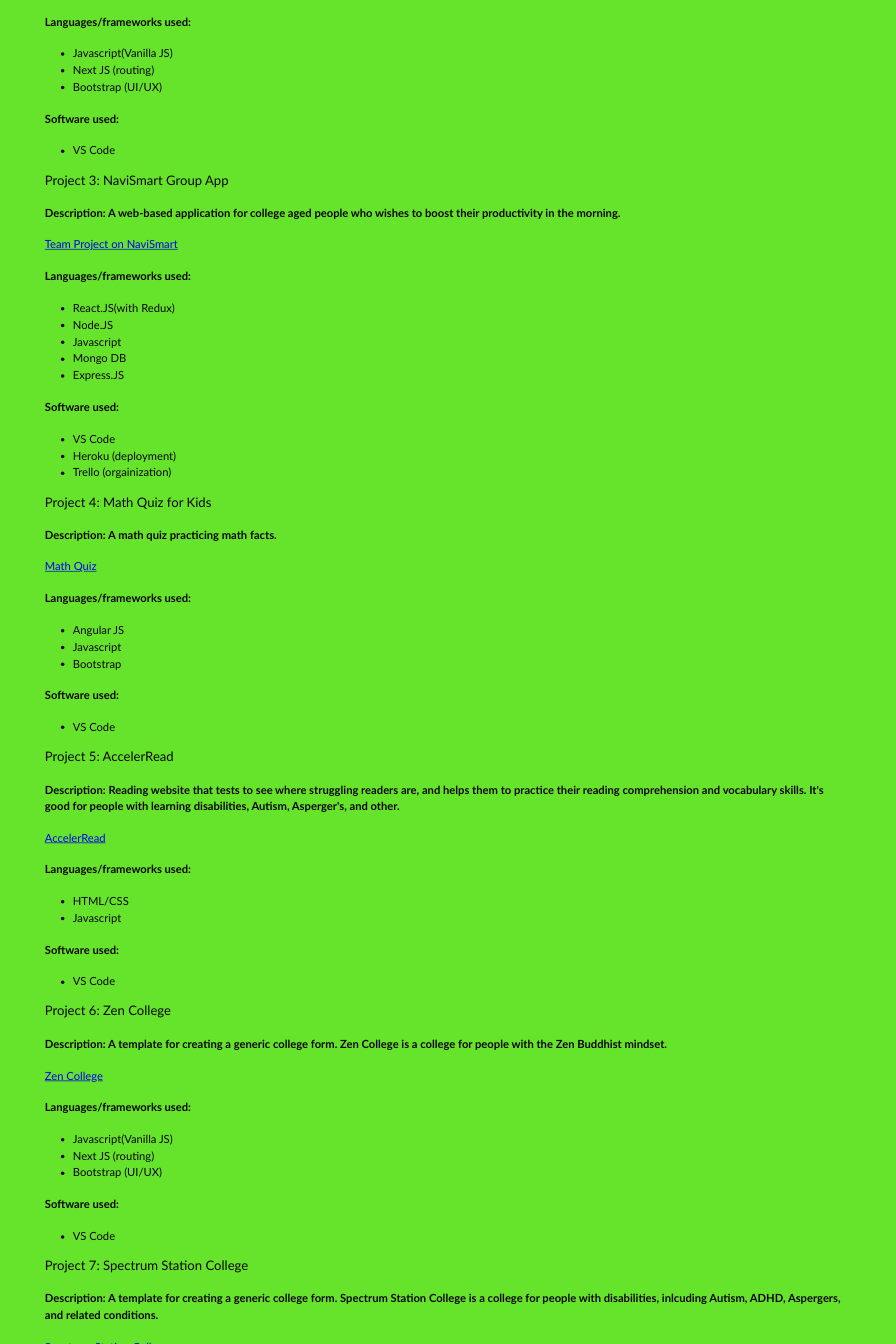
Repository: collegedude9300/modernport
Page: about.html
An editor plug-in stored every save of this project. The page is shown before and after the next save, followed by the edit.
The browser window is 1280 px wide. The pictures show the part of the page from y = 991 to 2911 px (the page is 3344 px tall before and 2885 px after), at 70% of full size.

Above is the page before, as saved 2023-05-29 21:27:49.

### about.html
<!DOCTYPE html>
<html lang="en">
<head>
  <meta charset="UTF-8">
  <meta name="viewport" content="width=device-width, initial-scale=1.0">
  <meta http-equiv="X-UA-Compatible" content="ie=edge">
  <link rel="stylesheet" href="css/main.css">
  <title>Portfolio</title>
</head>
<body>
<header>
<div class="menu-btn">
<div class="btn-line"></div>
<div class="btn-line"></div>
<div class="btn-line"></div>
</div>

<nav class="menu">
<div class="menu-branding">
<div class="portrait"></div>
</div>

<ul class="menu-nav">
<li class="nav-item">
<a href="index.html" class="nav-link">
Home
</a>
</li>

<li class="nav-item current">
<a href="about.html" class="nav-link">
About Me
</a>
</li>



<li class="nav-item">
<a href="contact.html" class="nav-link">
Contact Me
</a>
</li>
</ul>
</nav>
</header>
<main id="home">

<h1 class="lg-heading">
About Me:
</h1>
    <div class="about-info">
      <div class="bio">
        <p>My name is Nick Murrin and I am a Computer Science graduate of California State University San Marcos.
        I also have a certification in web development, specifically in Full Stack Web Developement.
        My  current expertise is in Front End Web Development.
        I take pride in my  work, and I am always available to help people with their websites.
        </p>
        <h4>  Web Development Projects:</h4>
      </div>
      <div class="project1">
        <h3>Project 1: Education Station </h3>
        <h4>Description: An educational website that reinforces early education for younger kids.</h4>
        <a href="https://educationstation.vercel.app/ "/>Education Station </a>
<h4> Languages/frameworks used: </h4>
<ul>
  <li>Javascript (Vanilla JS)</li>
  <li>Bootstrap</li>
</ul>
<h4> Software used: </h4>
<ul>
<li> Notepad ++  </li>
</ul>
      </div>
      <div class="project2">
        <h3>Project 2: Zen Station</h3>
        <h4>Description: A relaxing website that allows users to settle down by living in the moment through various forms of enlightenment.
          (formally known as Zen Center, but now remastered)</h4>
        <a href="https://zenstationnext.vercel.app/"/> Zen Station </a>
<h4> Languages/frameworks used: </h4>
<ul>
  <li>Javascript(Vanilla JS)</li>
  <li>Next JS (routing)</li>
  <li>Bootstrap (UI/UX)</li>
</ul>
<h4> Software used: </h4>
<ul>
<li> VS Code  </li>
</ul>
      </div>
      <div class="project3">
        <h3>Project 3: NaviSmart Group App</h3>
        <h4>Description: A web-based application for college aged people who wishes to boost their productivity in the morning.
        </h4>
        <a href="https://github.com/Willhanau/FigNeutrons">Team Project on NaviSmart</a>
 <h4> Languages/frameworks used: </h4>
<ul>
  <li>React.JS(with Redux)</li>
  <li>Node.JS</li>
  <li>Javascript</li>
  <li> Mongo DB  </li>
  <li>Express.JS</li>
</ul>
<h4> Software used: </h4>
<ul>
<li> VS Code  </li>
<li> Heroku (deployment)  </li>
<li> Trello (orgainization)  </li>
</ul>
</div>

<div class="project4">
        <h3>Project 4: Math Quiz for Kids</h3>
        <h4>Description: A math quiz practicing math facts.</h4>
        <a href="https://mathquiz-sigma.vercel.app/"/> Math Quiz </a>
<h4> Languages/frameworks used: </h4>
<ul>
  <li>Angular JS</li>
  <li>Javascript</li>
  <li>Bootstrap</li>
</ul>
<h4> Software used: </h4>
<ul>
<li> VS Code  </li>
</ul>
      </div>
</div>
</div>
<div class="project5">
  <h3>Project 5: AccelerRead</h3>
  <h4>Description: Reading website that tests to see where struggling readers are,
and helps them to practice their reading comprehension and vocabulary skills.
 It's good for people with learning disabilities, Autism, Asperger's, and other.</h4>
  <a href="https://accelerread.vercel.app/"/> AccelerRead </a>
<h4> Languages/frameworks used: </h4>
<ul>
<li>HTML/CSS</li>
<li>Javascript</li>
</ul>
<h4> Software used: </h4>
<ul>
<li> VS Code  </li>
</ul>
</div>
</div>
<div class="project6">
  <h3>Project 6: Zen College</h3>
  <h4>Description: A template for creating a generic college form. Zen College is a college for people with the Zen Buddhist mindset.</h4>
  <a href="https://zenschool.vercel.app/"/> Zen College </a>
<h4> Languages/frameworks used: </h4>
<ul>
  <li>Javascript(Vanilla JS)</li>
  <li>Next JS (routing)</li>
  <li>Bootstrap (UI/UX)</li>
</ul>
<h4> Software used: </h4>
<ul>
<li> VS Code  </li>
</ul>
</div>
</div>
<div class="project7">
  <h3>Project 7: Spectrum Station College</h3>
  <h4>Description: A template for creating a generic college form. Spectrum Station College is a college for people with disabilities, inlcuding Autism, ADHD, Aspergers, and related conditions.</h4>
  <a href="https://spectrumstation.vercel.app/"/> Spectrum Station College </a>
<h4> Languages/frameworks used: </h4>
<ul>
  <li>Javascript(Vanilla JS)</li>
  <li>Next JS (routing)</li>
  <li>ChakraUI (UI/UX)</li>
</ul>
<h4> Software used: </h4>
<ul>
<li> VS Code  </li>
</ul>
</div>
</div>
<h3> Projects coming soon: (Mid 2023)      </h3>
<ul>
  <li> Diet and Wellness Blog- a blog containing series of different tidbits to help people maintain a better understanding of health and fitness</li>
</ul>
</main>
  <footer id="main-footer">
  Copyright &copy; 2023
  Developed and designed by Nick Murrin
  </footer>
<script src="js/main.js"> </script>
</body>
</html>

### css/main.css
.menu-btn {
  position: absolute;
  z-index: 3;
  right: 35px;
  top: 35px;
  cursor: pointer;
  transition: all 0.5s ease-out; }
  .menu-btn .btn-line {
    width: 28px;
    height: 3px;
    margin: 0 0 5px 0;
    background: #000;
    transition: all 0.5s ease-out; }
  .menu-btn.close {
    transform: rotate(180deg); }
    .menu-btn.close .btn-line:nth-child(1) {
      transform: rotate(45deg) translate(5px, 5px); }
    .menu-btn.close .btn-line:nth-child(2) {
      opacity: 0; }
    .menu-btn.close .btn-line:nth-child(3) {
      transform: rotate(-45deg) translate(7px, -6px); }

.menu {
  position: fixed;
  top: 0;
  width: 100%;
  opacity: 0.9;
  visibility: hidden; }
  .menu.show {
    visibility: visible; }
  .menu-branding, .menu-nav {
    display: flex;
    flex-flow: column wrap;
    align-items: center;
    justify-content: center;
    float: left;
    width: 50%;
    height: 100vh;
    overflow: hidden; }
  .menu-nav {
    margin: 0;
    padding: 0;
    background: #f6a205;
    list-style: none;
    transform: translate3d(0, -100%, 0);
    transition: all 0.5s ease-out; }
    .menu-nav.show {
      transform: translate3d(0, 0, 0); }
  .menu-branding {
    background: #faac1b;
    transform: translate3d(0, 100%, 0);
    transition: all 0.5s ease-out; }
    .menu-branding.show {
      transform: translate3d(0, 0, 0); }
    .menu-branding .portrait {
      width: 250px;
      height: 250px; }
  .menu .nav-item {
    transform: translate3d(600px, 0, 0);
    transition: all 0.5s ease-out; }
    .menu .nav-item.show {
      transform: translate3d(0, 0, 0); }
  .menu .nav-link {
    display: inline-block;
    position: relative;
    font-size: 30px;
    text-transform: uppercase;
    padding: 1rem 0;
    font-weight: 300;
    color: #000;
    text-decoration: none;
    transition: all 0.5s ease-out; }

.nav-item:nth-child(1) {
  transition-delay: 0.1s; }

.nav-item:nth-child(2) {
  transition-delay: 0.2s; }

.nav-item:nth-child(3) {
  transition-delay: 0.3s; }

.nav-item:nth-child(4) {
  transition-delay: 0.4s; }

@media screen and (min-width: 1171px) {
  .projects {
    grid-template-columns: repeat(4, 1fr); } }

@media screen and (min-width: 769px) and (max-width: 1170px) {
  .projects {
    grid-template-columns: repeat(3, 1fr); } }

@media screen and (max-width: 768px) {
  main {
    align-items: center;
    text-align: center; }
    main .lg-heading {
      line-height: 1;
      margin-bottom: 1rem; }
  ul.menu-nav,
  div.menu-branding {
    float: none;
    width: 100%;
    min-height: 0; }
    ul.menu-nav.show,
    div.menu-branding.show {
      transform: translate3d(0, 0, 0); }
  .menu-nav {
    height: 75vh;
    transform: translate3d(-100%, 0, 0);
    font-size: 24px; }
  .menu-branding {
    height: 25vh;
    transform: translate3d(100%, 0, 0); }
    .menu-branding .portrait {
      width: 150px;
      height: 150px; }
  .about-info {
    grid-template-areas: 'bioimage'
 'bio'
 'job1'
 'job2'
 'job3';
    grid-template-columns: 1fr; }
  .projects {
    grid-template-columns: repeat(2, 1fr); } }

@media screen and (max-width: 500px) {
  main {
    padding: 2rem; }
    main #home h1 {
      margin-top: 10vh; }
    main .lg-heading {
      margin-top: 1rem;
      font-size: 5rem; }
  .projects {
    grid-template-columns: 1fr; } }

* {
  box-sizing: border-box; }

body {
  background: #66e42c;
  color: #0a0303;
  height: 100%;
  margin: 0;
  font-family: 'Trebuchet MS', 'Lucida Sans Unicode', 'Lucida Grande', 'Lucida Sans', Arial, sans-serif;
  line-height: 1.5; }

.transition1 {
  width: 150px;
  height: 150px;
  background: red;
  transition: width 3s; }

.transition2 {
  width: 150px;
  height: 150px;
  background: #12e7ee;
  transition: width 3s; }

.transition3 {
  width: 150px;
  height: 150px;
  background: #e7d918;
  transition: width 3s; }

.transition4 {
  width: 150px;
  height: 150px;
  background: rgba(238, 150, 18, 0.753);
  transition: width 3s; }

.myTitle {
  padding: 50px;
  margin: 20px;
  font-size: 30px;
  font-family: Cambria, Cochin, Georgia, Times, 'Times New Roman', serif;
  color: #1133ca; }

h1, h2, h3 {
  margin: 0;
  font-weight: 400; }

.lg-heading {
  font-size: 6rem; }

header {
  position: relative;
  z-index: 2; }

main {
  padding: 4rem;
  height: 100%; }
  main#home {
    overflow: hidden; }
  main h1 {
    margin-top: 20vh; }

### js/main.js
// Select DOM Items
const menuBtn = document.querySelector('.menu-btn');
const menu = document.querySelector('.menu');
const menuNav = document.querySelector('.menu-nav');
const menuBranding = document.querySelector('.menu-branding');
const navItems = document.querySelectorAll('.nav-item');

// Set Initial State Of Menu
let showMenu = false;

menuBtn.addEventListener('click', toggleMenu);

function toggleMenu() {
  if (!showMenu) {
    menuBtn.classList.add('close');
    menu.classList.add('show');
    menuNav.classList.add('show');
    menuBranding.classList.add('show');
    navItems.forEach(item => item.classList.add('show'));

    // Set Menu State
    showMenu = true;
  } else {
    menuBtn.classList.remove('close');
    menu.classList.remove('show');
    menuNav.classList.remove('show');
    menuBranding.classList.remove('show');
    navItems.forEach(item => item.classList.remove('show'));

    // Set Menu State
    showMenu = false;
  }
}

After the next save:
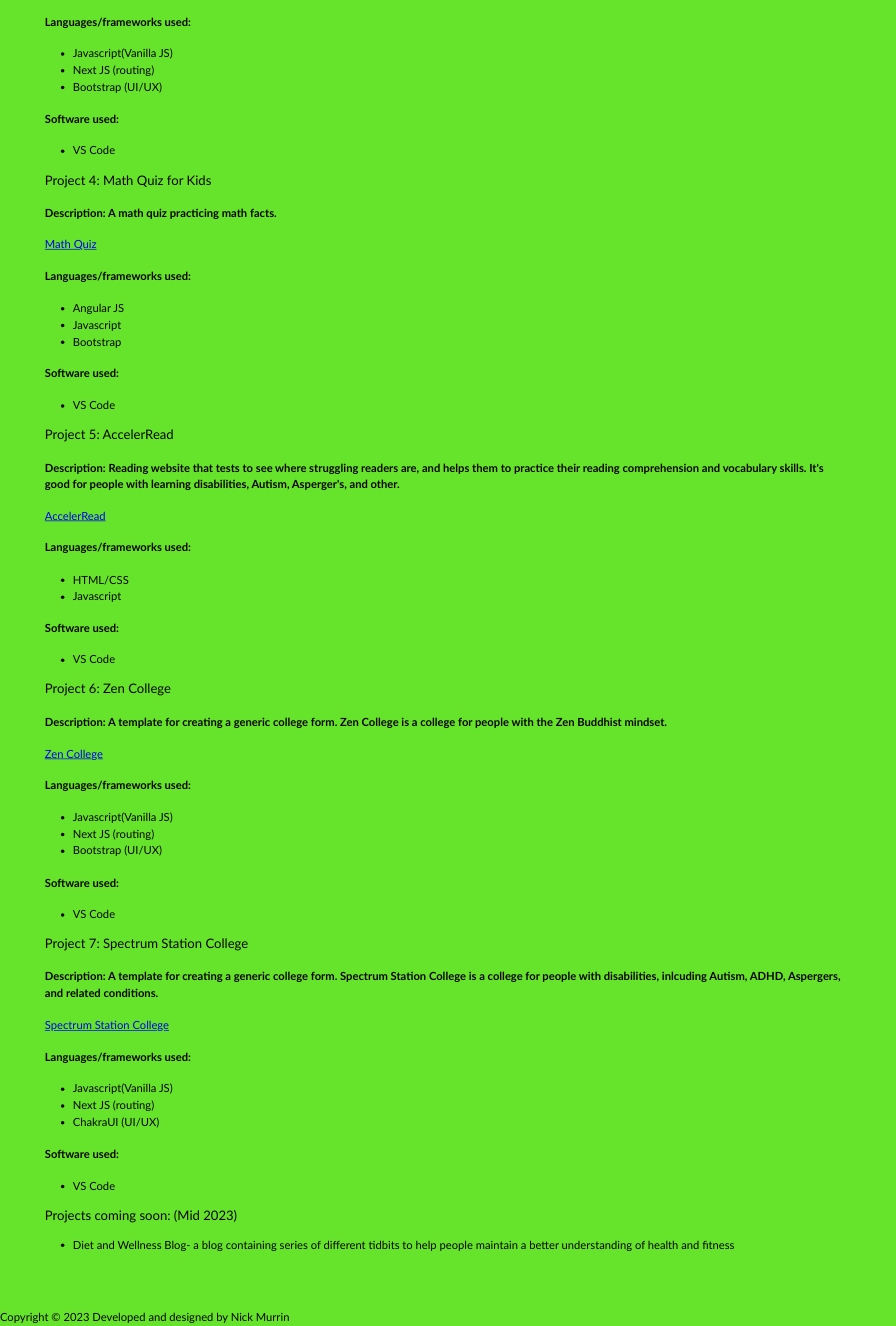
Saved 17 min 35 s later.
--- a/about.html
+++ b/about.html
@@ -87,27 +87,6 @@ About Me:
 <li> VS Code  </li>
 </ul>
       </div>
-      <div class="project3">
-        <h3>Project 3: NaviSmart Group App</h3>
-        <h4>Description: A web-based application for college aged people who wishes to boost their productivity in the morning.
-        </h4>
-        <a href="https://github.com/Willhanau/FigNeutrons">Team Project on NaviSmart</a>
- <h4> Languages/frameworks used: </h4>
-<ul>
-  <li>React.JS(with Redux)</li>
-  <li>Node.JS</li>
-  <li>Javascript</li>
-  <li> Mongo DB  </li>
-  <li>Express.JS</li>
-</ul>
-<h4> Software used: </h4>
-<ul>
-<li> VS Code  </li>
-<li> Heroku (deployment)  </li>
-<li> Trello (orgainization)  </li>
-</ul>
-</div>
-
 <div class="project4">
         <h3>Project 4: Math Quiz for Kids</h3>
         <h4>Description: A math quiz practicing math facts.</h4>
